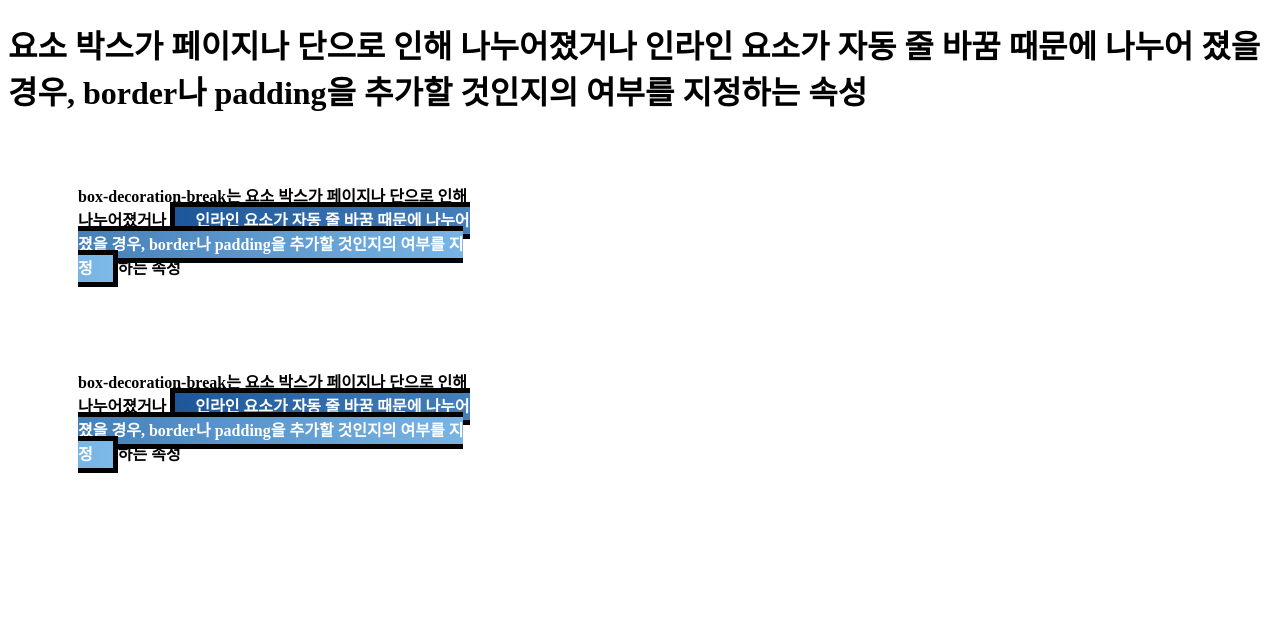
Repository: cussip/SuperHands
Page: WebExam/src/main/webapp/css/border/box_decoration_break.html
The author's editor kept a copy of each file at every save. The page is drawn from the files as they stood at one save, then again after the next save.
The browser window is 1280 px wide. The pictures show the whole page.

Above is the page before, as saved 2022-02-01 04:00:26.

### WebExam/src/main/webapp/css/border/box_decoration_break.html
<!DOCTYPE html>
<html>
<head>
	<meta charset="UTF-8">
	<title>box_decoration_break.html</title>
	<style>
		div {
			padding: 20px;
			margin: 50px;
			width: 400px;
			font-weight: bold;
		}
		span {
			color: #FFF;
			border: #000 solid 5px;
			background: linear-gradient(to right, #1E5799 0%, #7DB9E8 100%);
			padding: 5px 20px;
		}
	</style>
</head>
<body>
	<h1>
		요소 박스가 페이지나 단으로 인해 나누어졌거나 인라인 요소가 자동 줄 바꿈 때문에
		나누어 졌을 경우, border나 padding을 추가할 것인지의 여부를 지정하는 속성
	</h1>
	<div class="slice">
		box-decoration-break는 요소 박스가 페이지나 단으로 인해 나누어졌거나
		<span>인라인 요소가 자동 줄 바꿈 때문에 나누어 졌을 경우, border나
		padding을 추가할 것인지의 여부를 지정</span>하는 속성
	</div>
	<div class="clone">
		box-decoration-break는 요소 박스가 페이지나 단으로 인해 나누어졌거나
		<span>인라인 요소가 자동 줄 바꿈 때문에 나누어 졌을 경우, border나
		padding을 추가할 것인지의 여부를 지정</span>하는 속성
	</div>
</body>
</html>

After the next save:
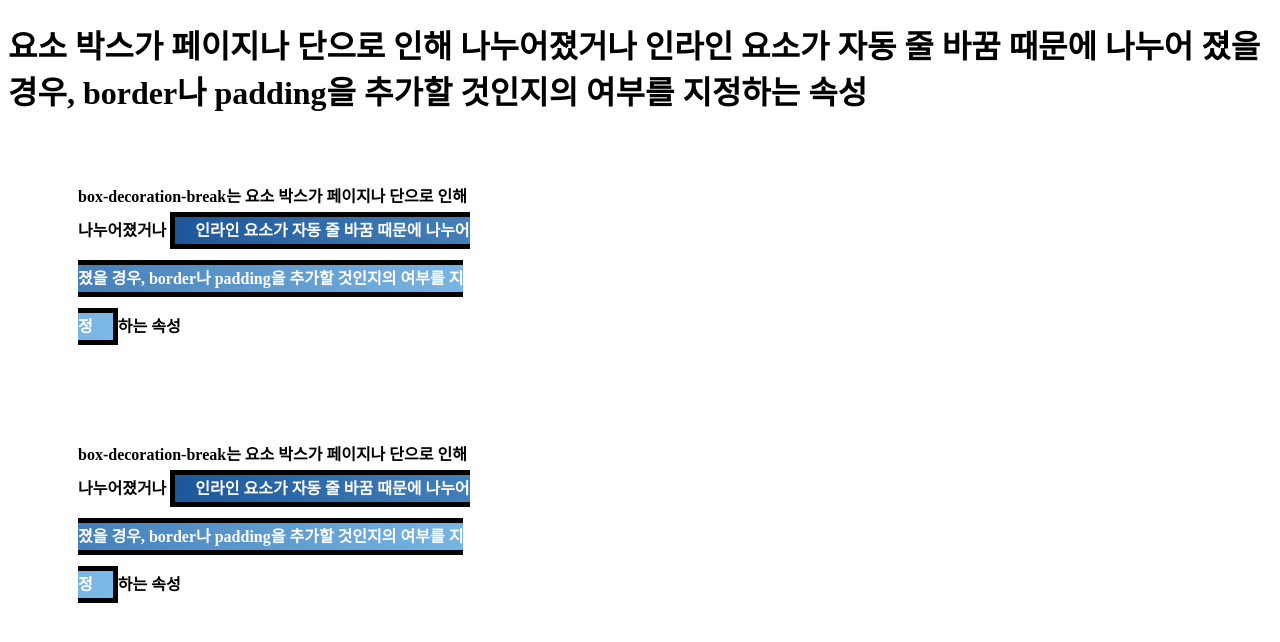
Saved 17 s later.
--- a/WebExam/src/main/webapp/css/border/box_decoration_break.html
+++ b/WebExam/src/main/webapp/css/border/box_decoration_break.html
@@ -15,6 +15,7 @@
 			border: #000 solid 5px;
 			background: linear-gradient(to right, #1E5799 0%, #7DB9E8 100%);
 			padding: 5px 20px;
+			line-height: 3;
 		}
 	</style>
 </head>
